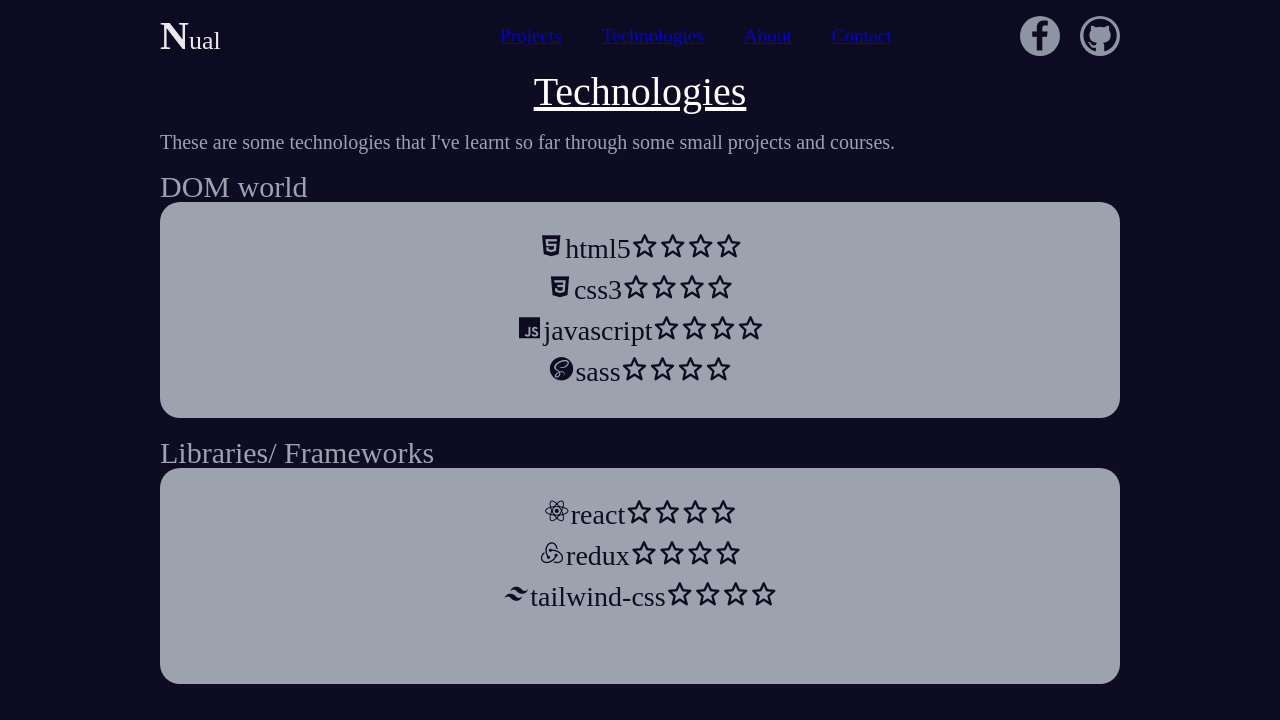
Repository: luanhoang0902/profile-react
Page: /Technologies
These files come from the project's save history. The page is drawn as it stood at one moment and after the next save; the edit follows.
The browser window is 1280 px wide. The pictures show the whole page.
The project was rebuilt for these pictures with package versions that can differ from the ones it lists, and the page was loaded fresh each time. Also part of the build but not shown: src/css/Projects.css, src/features/Projects.jsx, src/css/About.css, src/features/About.jsx, src/css/Contact.css, src/features/Contact.jsx.

Above is the page before, as saved 2022-05-22 13:03:11.

After the next save:
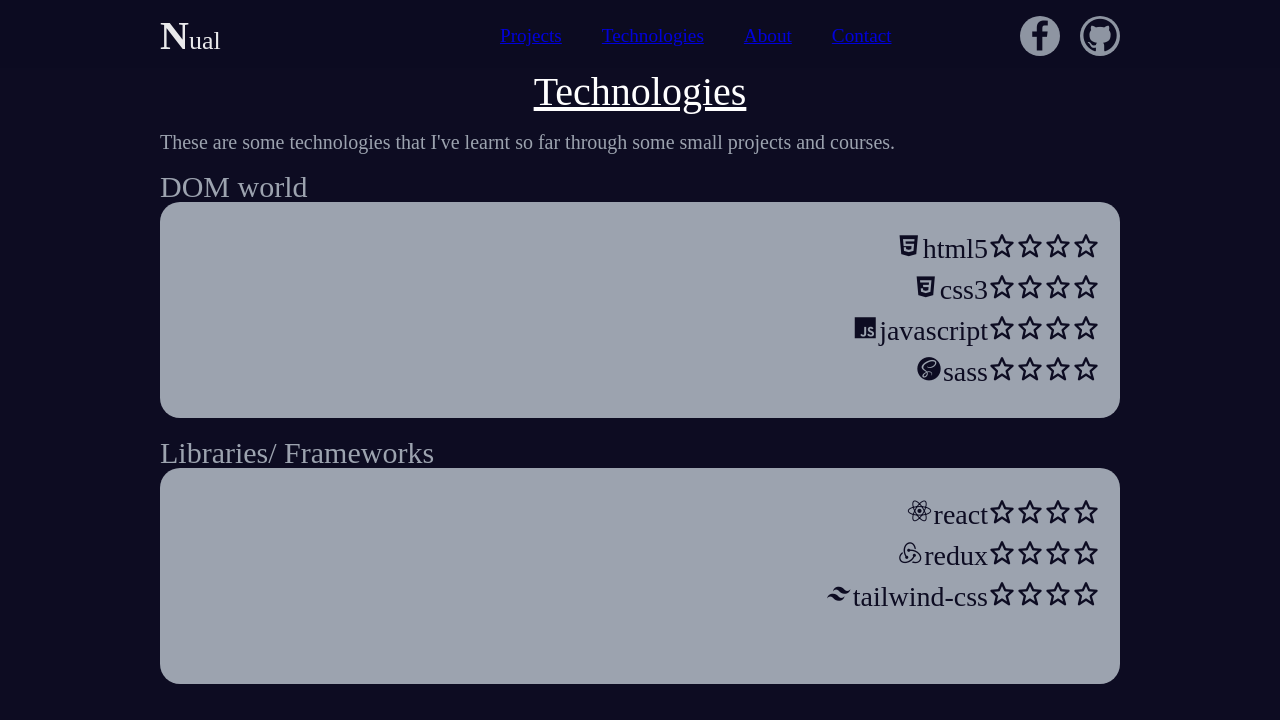
Saved 8 s later.
--- a/src/css/Technologies.css
+++ b/src/css/Technologies.css
@@ -43,7 +43,7 @@
 .technologies__content-item1 li,
 .technologies__content-item2 li {
 
-    text-align: center;
+    text-align: right;
 
     font-size: 28px;
     margin-top: 10px;
